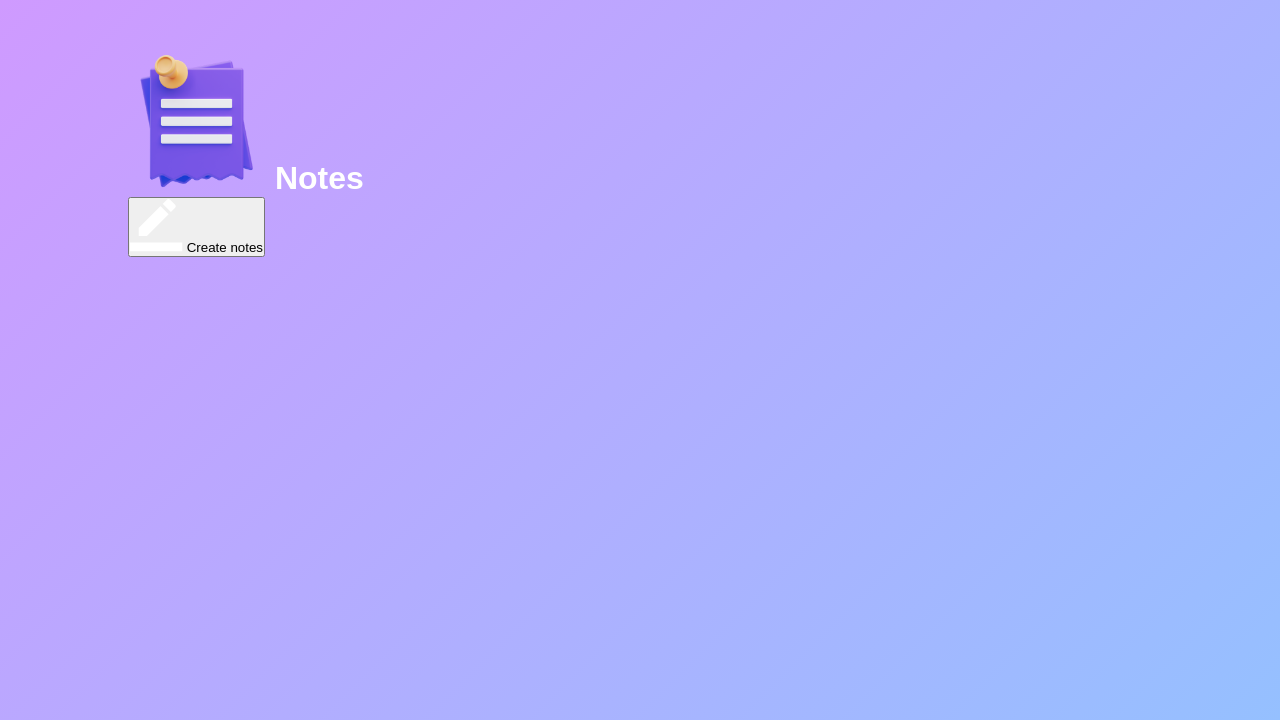
Repository: gaphappy55/notes-app
Page: index.html
An editor plug-in stored every save of this project. The page is shown before and after the next save, followed by the edit.
The browser window is 1280 px wide. The pictures show the whole page.

Above is the page before, as saved 2025-11-22 22:54:39.

After the next save:
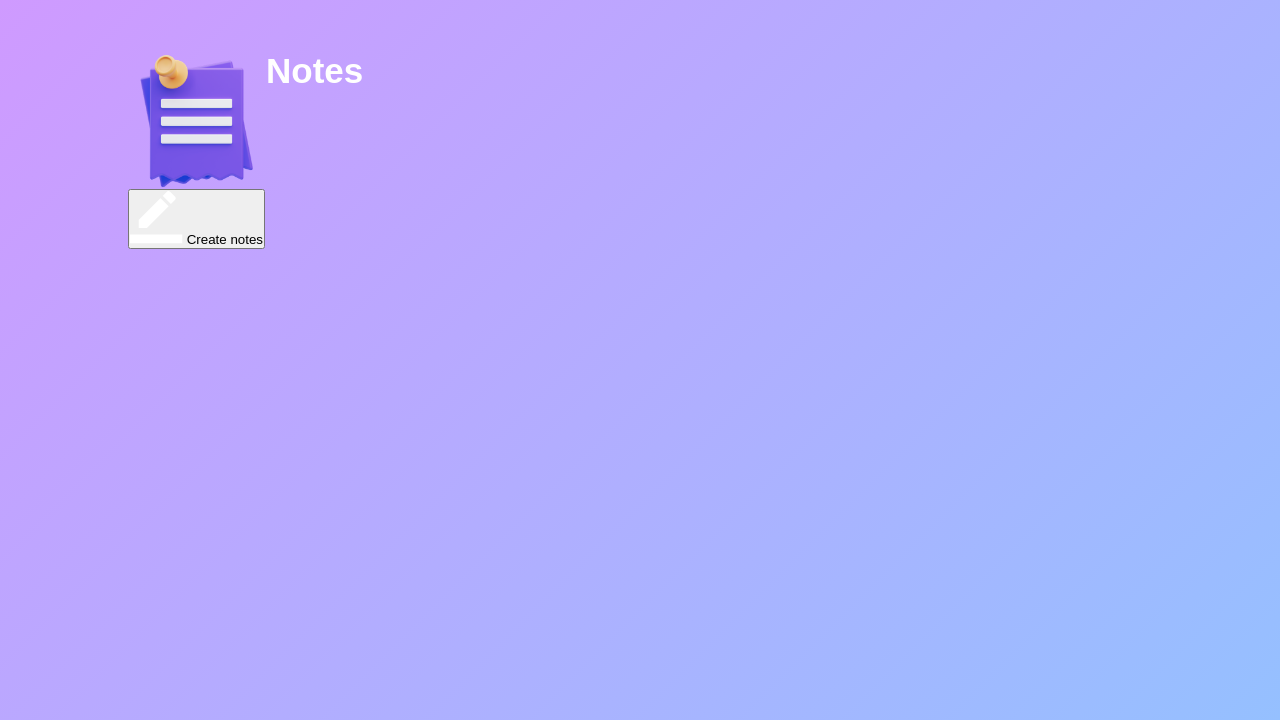
Saved 40 s later.
--- a/style.css
+++ b/style.css
@@ -12,3 +12,9 @@
     padding-top: 4%;
     padding-left: 10%;
 }
+.container h1{
+    display: flex;
+    allign-items: center;
+    font-size: 35px;
+    font-weight: 600;
+}
